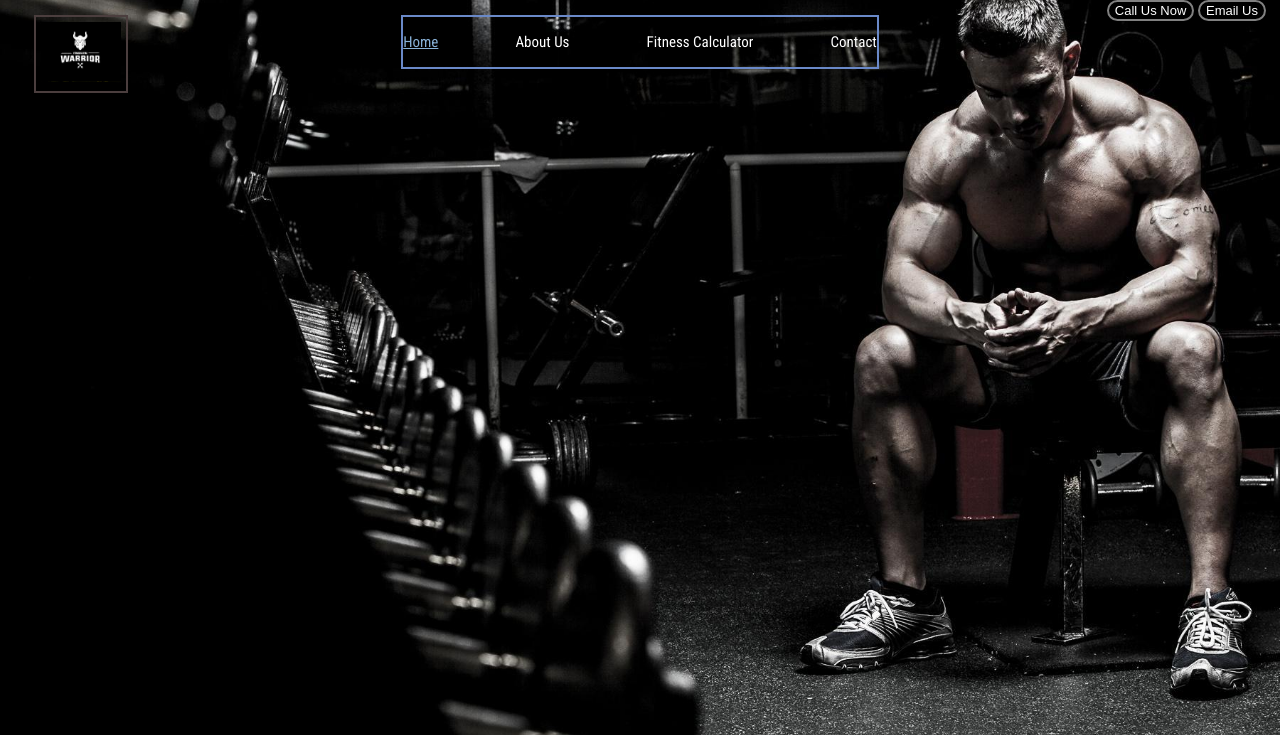
Repository: asthaasquare/project-1
Page: project-1/index.html
The author's editor kept a copy of each file at every save. The page is drawn from the files as they stood at one save, then again after the next save.
The browser window is 1280 px wide. The pictures show the whole page.
Some web fonts or font styles are not loaded; a fallback is used.

Above is the page before, as saved 2024-05-09 17:03:56.

After the next save:
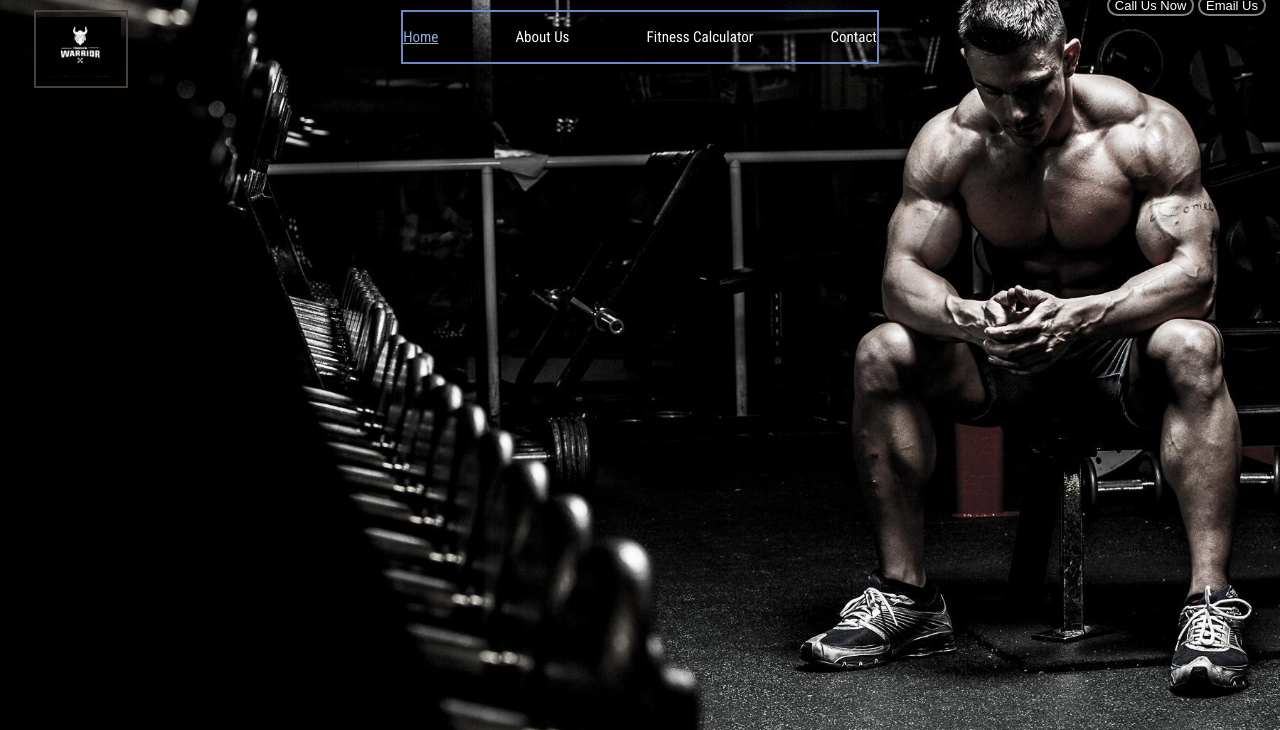
Saved 42 s later.
--- a/project-1/index.html
+++ b/project-1/index.html
@@ -37,7 +37,7 @@
     }
 
     .mid {
-      margin: 15px auto;
+      margin: 10px auto;
       display: block;
       width: 37%;
       border: 2px double rgb(106, 137, 200);
